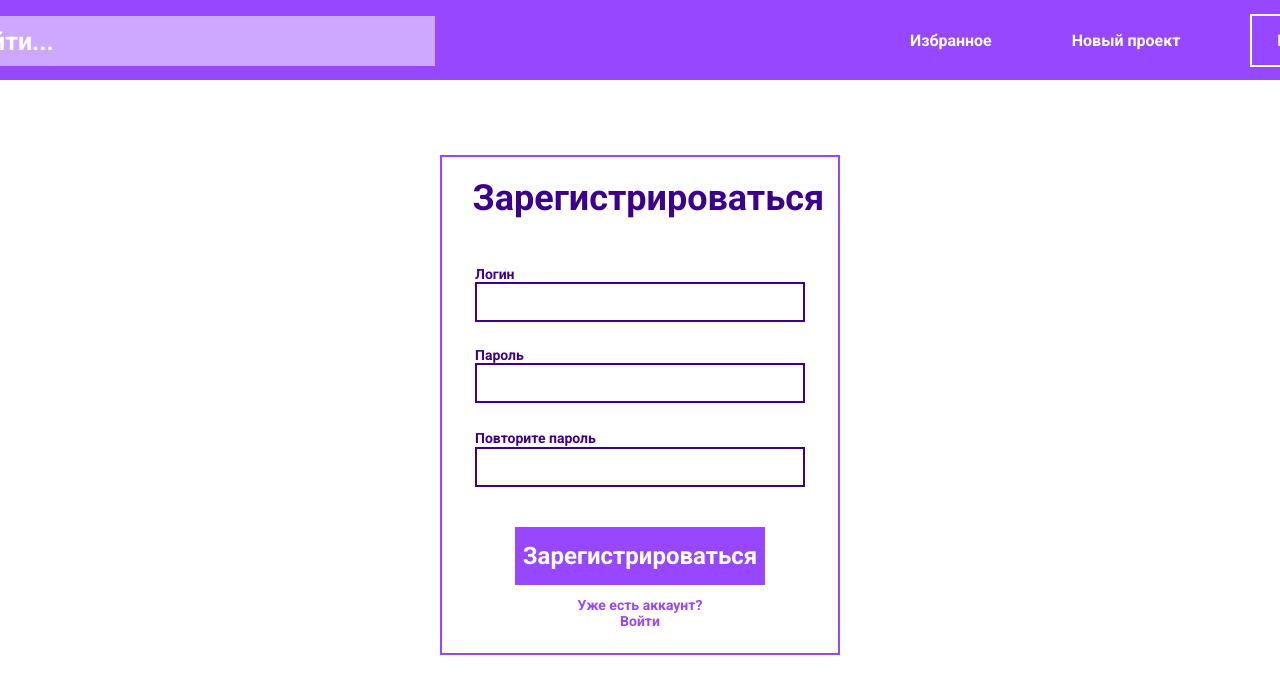
Repository: TimurZinatulin/Web_Shishki_1
Page: /login
An editor plug-in stored every save of this project. The page is shown before and after a run of saves, followed by the edit.
The browser window is 1280 px wide. The pictures show the whole page.
The project was rebuilt for these pictures with package versions that can differ from the ones it lists, and the page was loaded fresh each time. Also part of the build but not shown: vite.config.js, vue.config.js, src/views/LoginView.vue, src/components/HelloWorld.vue, src/views/MainView.vue, src/views/HomeView.vue, src/views/EditView.vue, src/views/FavoriteView.vue and 3 more.

Above is the page before, as saved 2023-06-10 23:55:09.
Console error: TypeError: Cannot read properties of null (reading 'user')

After the next 4 saves:
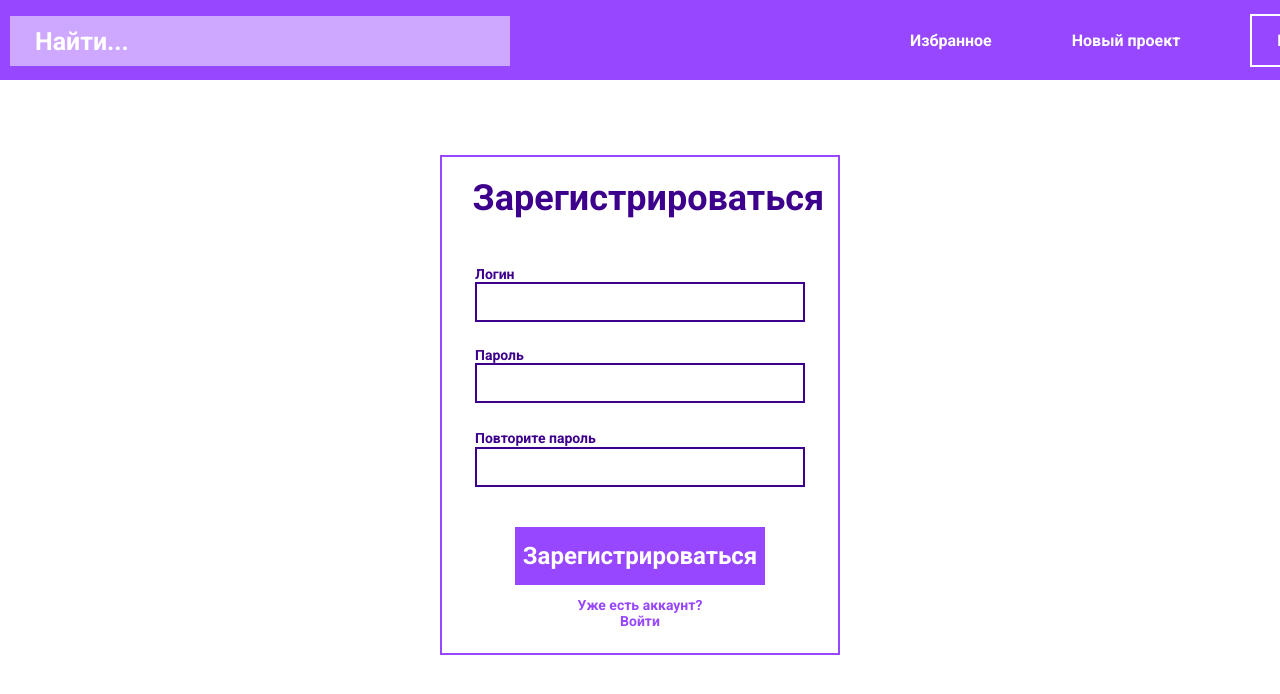
The 4 saves are shown as one change because they came seconds apart.
The last was saved 14 s later.
--- a/src/views/RegisterView.vue
+++ b/src/views/RegisterView.vue
@@ -2,7 +2,7 @@
     <div id="header" class="wrapper">
         <div id="head-cont">
             <a style="position: relative; left: -280px;" href="http://localhost:8080/main"><img id="logo" src="../assets/ShishkiD.png" style="width: 70px; height: 70px;"></a>
-            <input class="input" style="position: relative;" type="text" placeholder="Найти...">
+            <input class="input" style="position: relative; left: -250px;" type="text" placeholder="Найти...">
             <ul>
                 <li><router-link to="/favs" class="btn2">Избранное</router-link></li>
                 <li><router-link to="/create_project" class="btn2">Новый проект</router-link></li>
